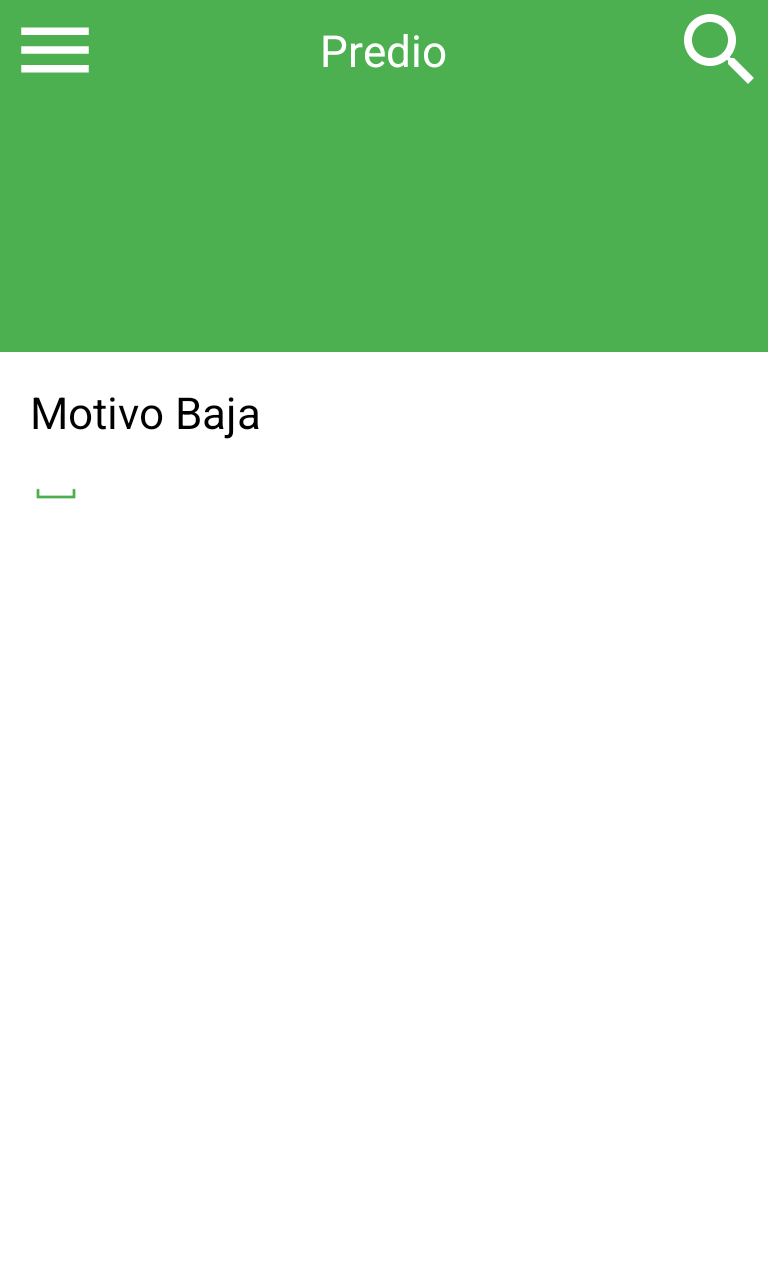
Repository: danielctf/Chilterra
Layout: Proyectos/Animales/res/layout/activity_baja_ganado.xml
The author's editor kept a copy of each file at every save. The layout is drawn from the files as they stood at one save, then again after the next save.
It is drawn on a 768 x 1280 px phone screen (xhdpi) without system bars, with theme AppTheme; the app's code is not run.

Above is the layout before, as saved 2015-10-09 14:58:24.

After the next save:
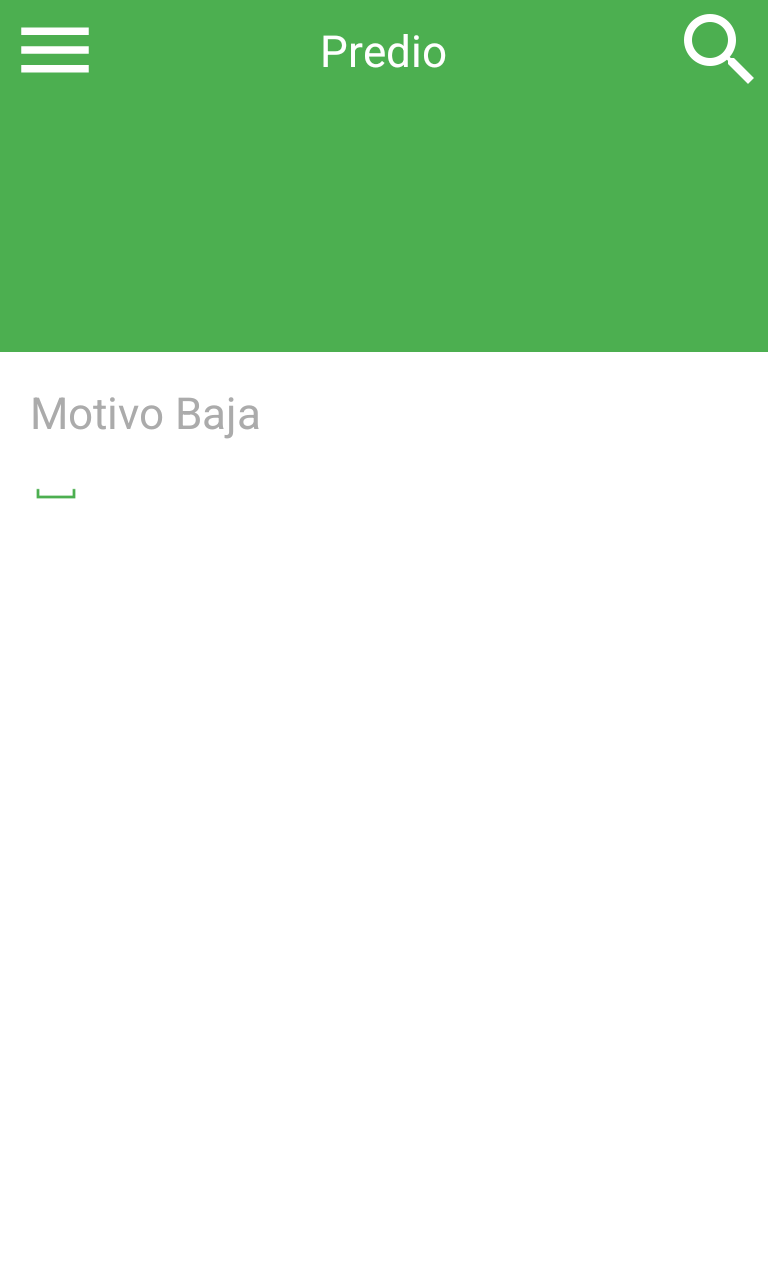
Saved 69 s later.
--- a/Proyectos/Animales/res/layout/activity_baja_ganado.xml
+++ b/Proyectos/Animales/res/layout/activity_baja_ganado.xml
@@ -71,6 +71,7 @@
             android:layout_marginLeft="15dp"
             android:layout_marginTop="15dp"
             android:text="Motivo Baja"
+            android:textColor="#ababab"
             android:textAppearance="?android:attr/textAppearanceLarge" />
 
         <Spinner
